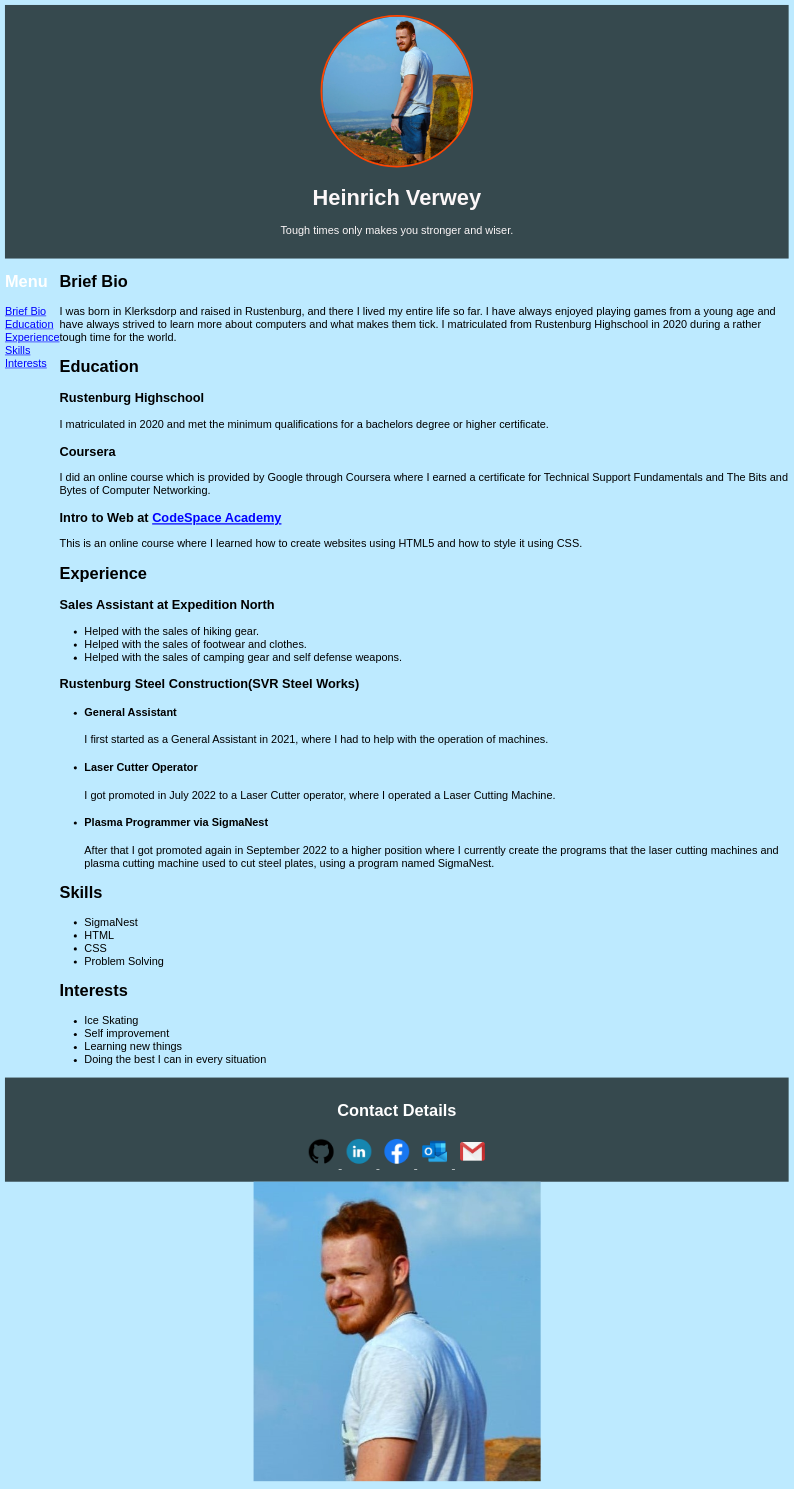
Repository: W3asl3y/IntroToWebDesign
Page: index.html
The author's editor kept a copy of each file at every save. The page is drawn from the files as they stood at one save, then again after the next save.
The browser window is 1280 px wide. The pictures show the whole page, at 62% of full size.

Above is the page before, as saved 2022-12-01 19:33:10.

### index.html
<!DOCTYPE html>
<html lang="en">
    <head>
        <meta charset="UTF-8">
        <meta http-equiv="X-UA-Compatible" content="IE=edge">
        <meta name="viewport" content="width=device-width, initial-scale=1.0">
        <title>
            My Resume
        </title>
        <link rel="stylesheet" type="text/css" href="css/stylesheet.css">

    </head>
    <body>

        <header id="heading">
            <img id="profile_picture" src="images/Heinrich.jpg" alt="My profile picture" >
            <h1>
                 Heinrich Verwey
            </h1>
            <p>
                Tough times only makes you stronger and wiser.
            </p>
        </header>
        <div>
        <main>
            <div class="sidebar">
                <nav>
                    <h2 id="menu">
                        Menu
                    </h2>
                    <ul class="nav-menu">
                        <li>
                            <a href="#brief_bio"> Brief Bio </a>
                        </li>
                        <li>
                            <a href="#education"> Education </a>
                        </li>
                        <li>
                            <a href="#experience"> Experience </a>
                        </li>
                        <li>
                            <a href="#skills"> Skills </a>
                        </li>
                        <li>
                            <a href="#interests"> Interests </a>
                        </li>
                    </ul>
                </nav>
            </div>
            <div class="contents">
                <h2 id=brief_bio>
                    Brief Bio
                </h2>
                <p>
                    I was born in Klerksdorp and raised in Rustenburg, and there I lived my entire life so far. I have always enjoyed playing games from a young age and have always strived to learn more about computers and what makes them tick. I matriculated from Rustenburg Highschool in 2020 during a rather tough time for the world.
                </p>
                <h2 id=education>
                    Education
                </h2>
                <h3>
                    Rustenburg Highschool
                </h3>
                <p>
                    I matriculated in 2020 and met the minimum qualifications for a bachelors degree or higher certificate.
                </p>
                <h3>
                    Coursera
                </h3>
                <p>
                    I did an online course which is provided by Google through Coursera where I earned a certificate for Technical Support Fundamentals and The Bits and Bytes of Computer Networking.
                </p>
                <h3>
                    Intro to Web at <a href="https://www.codespace.co.za/courses/frontend-web-development/">CodeSpace Academy</a>
                </h3>
                <p>
                    This is an online course where I learned how to create websites using HTML5 and how to style it using CSS.
                </p>
                </h3>
                <h2 id="experience">
                    Experience
                </h2>
                <h3>
                    Sales Assistant at Expedition North
                </h3>
                <ul>
                    <li>
                        Helped with the sales of hiking gear.
                    </li>
                    <li>
                        Helped with the sales of footwear and clothes.
                    </li>
                    <li>
                        Helped with the sales of camping gear and self defense weapons.
                    </li>
                </ul>
                <h3>
                    Rustenburg Steel Construction(SVR Steel Works)
                </h3>
                <ul>
                    <li>
                        <h4>
                            General Assistant
                        </h4>
                            <p>
                                I first started as a General Assistant in 2021, where I had to help with the operation of machines.
                            </p>
                    </li>
                    <li>
                        <h4>
                            Laser Cutter Operator
                        </h4>
                            <p>
                                I got promoted in July 2022 to a Laser Cutter operator, where I operated a Laser Cutting Machine.
                            </p>
                    </li>
                    <li>
                        <h4>
                            Plasma Programmer via SigmaNest
                        </h4>
                            <p>
                                After that I got promoted again in September 2022 to a higher position where I currently create the programs that the laser cutting machines and plasma cutting machine used to cut steel plates, using a program named SigmaNest.
                            </p>
                    </li>
                </ul>
                <h2 id="skills">
                    Skills
                </h2>
                <ul>
                    <li>
                        SigmaNest
                    </li>
                    <li>
                        HTML
                    </li>
                    <li>
                        CSS
                    </li>
                    <li>
                        Problem Solving
                    </li>
                </ul>
                <h2 id="interests">
                    Interests
                </h2>
                <ul>
                    <li>
                        Ice Skating
                    </li>
                    <li>
                        Self improvement
                    </li>
                    <li>
                        Learning new things
                    </li>
                    <li>
                        Doing the best I can in every situation
                    </li>
                </ul>
            </div>


        </main>
        </div>
        <div class="footer">
        <footer>
            <h2>
                Contact Details
            </h2>
                <a href="https://github.com/W3asl3y" target="_blank">
                    <img class="my_contacts" src="Images\Github-22.png" alt="My Github">
                 </a>
                <a href="https://www.linkedin.com/in/heinrich-verwey-1627a7205/" target="_blank">
                    <img class="my_contacts" src="Images\LinkedIn.webp" alt="My LinkedIn">
                </a>
                <a  href="https://www.facebook.com/heinrich.verwey.79/" target="_blank">
                    <img class="my_contacts" src="Images\Facebook.webp" alt=" My Facebook">
                </a>
                <a href="mailto:verwey41@outlook.com" target="_blank">
                    <img class="my_contacts" src="Images\Microsoft-Outlook-01.png" alt="My Outlook Email">
                </a>
                <a href="https://mail.google.com/mail/u/0/#inbox?compose=DmwnWrRpddMlNTSjFqkttlfhgGgSTqTdZwvhCZbHGPMFCZvZVTDvqlDvZQjtBGtGFFxcnhXPNVnl" target="_blank">
                    <img class="my_contacts" src="Images\Gmail.webp" alt="My Gmail Email">
                </a>

        </footer>
        </div>
        <div class="pictureOfMe">
            <picture>
                <source media="(max-width: 650px)" srcset="Images\Heinrich-H.jpg">
                <source media="(max-width: 1400px)" srcset="Images\Heinrich-HS.jpg">
                <img src="Images\Heinrich.jpg" alt="It is a picture of me">
            </picture>
        </div>
    </body>
</html

### CSS/stylesheet.css
body{
     font-family:sans-serif;
     font-size:110%;
     background-color:  #bdeaff ;
     display: flex;
     flex-direction: column;
}

main {
     display: flex;
     flex-direction: row;
     overflow: unset;
}

header {
     text-align: center;
    -webkit-text-fill-color: #FCF7F8;
     background-color: #36494e;
     padding: 1rem;
}

#profile_picture {
     width: 15rem;
     border-radius: 50%;
     border: 3px solid orangered;
}

#sidebar {
    background-color: #7ea0b7;
    width: 120px  ;
    padding: 1rem;
    position: sticky;
}

#menu {
     -webkit-text-fill-color:white ;
}

.nav-menu {
     list-style: none;
     padding: 0%;
}

#contents {
     padding-left: 2rem;;
     background-image: url("/images/me-playing-golf.jpg");
     background-size: auto;
     background-repeat: inherit;
}

a:link {
     color: blue;
}

a:visited {
     color: blue;
}

.my_contacts {
     width: 40px;
     padding: 0.5rem;
}



footer {
     background-color: #36494e;
     text-align: center;
     -webkit-text-fill-color: white;
     padding: 1rem;
     justify-content: center;
}

.pictureOfMe {
     align-self: center;
}

After the next save:
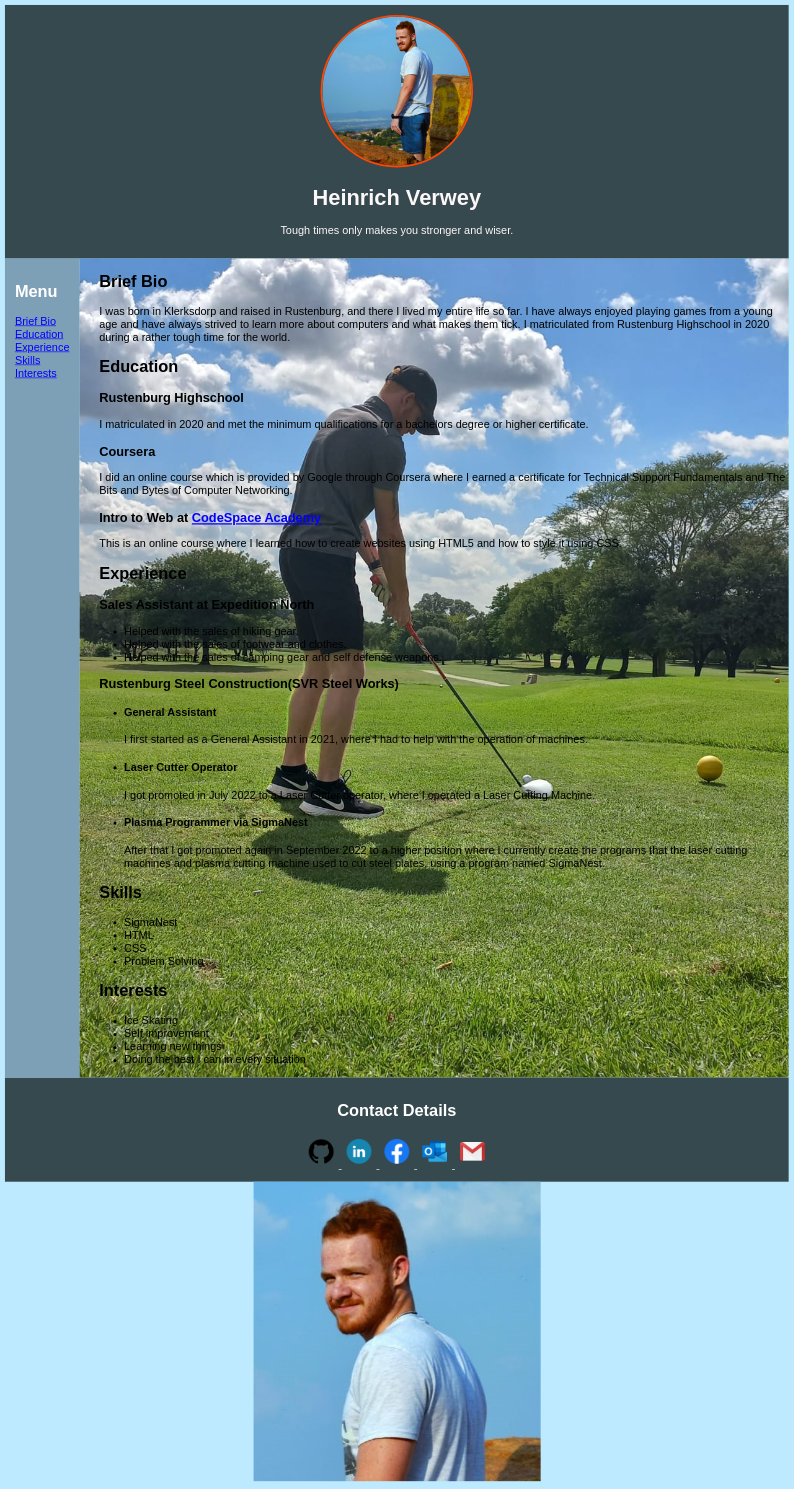
Saved 96 s later.
--- a/index.html
+++ b/index.html
@@ -21,9 +21,9 @@
                 Tough times only makes you stronger and wiser.
             </p>
         </header>
-        <div>
+        <div class="backgroundImage">
         <main>
-            <div class="sidebar">
+            <div id="sidebar">
                 <nav>
                     <h2 id="menu">
                         Menu
@@ -47,7 +47,7 @@
                     </ul>
                 </nav>
             </div>
-            <div class="contents">
+            <div id="contents">
                 <h2 id=brief_bio>
                     Brief Bio
                 </h2>
@@ -161,8 +161,7 @@
 
         </main>
         </div>
-        <div class="footer">
-        <footer>
+        <footer class="footer">
             <h2>
                 Contact Details
             </h2>
@@ -183,7 +182,6 @@
                 </a>
 
         </footer>
-        </div>
         <div class="pictureOfMe">
             <picture>
                 <source media="(max-width: 650px)" srcset="Images\Heinrich-H.jpg">
